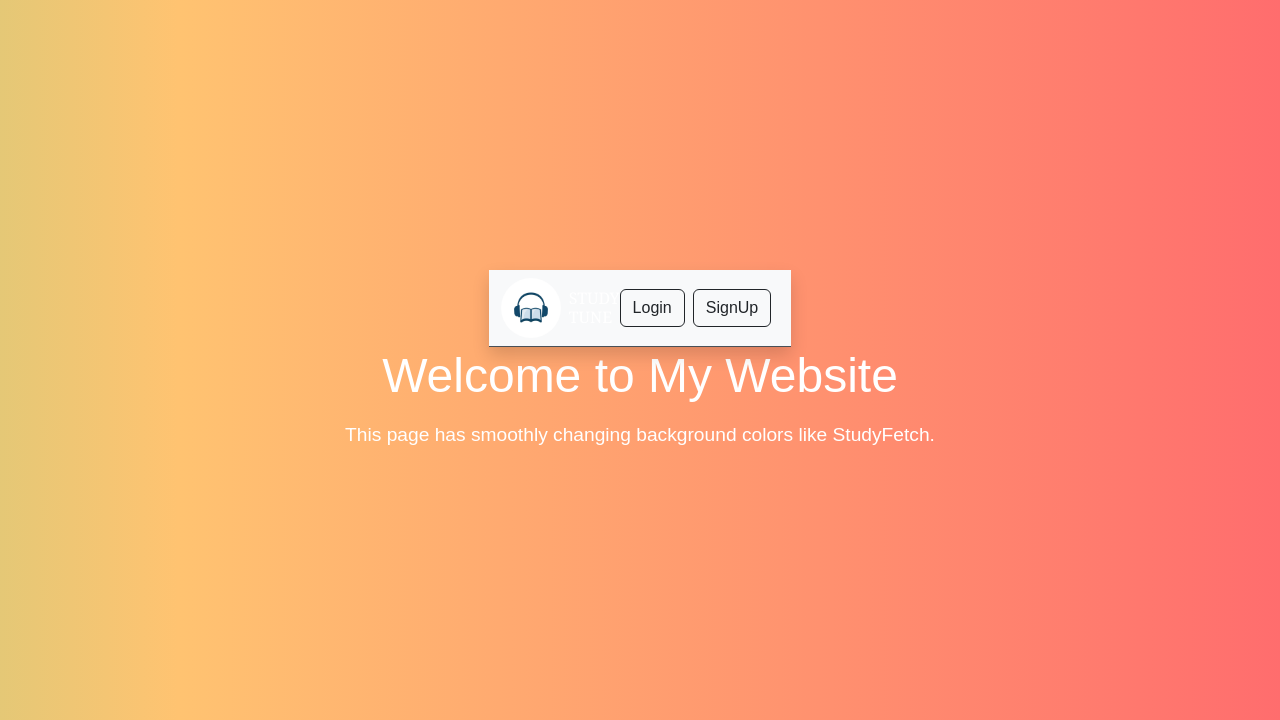
Repository: SpoorthiRaj1908/StudyTune
Page: / (app in frontend/)
These files come from the project's save history. The page is drawn as it stood at one moment and after the next save; the edit follows.
The browser window is 1280 px wide. The pictures show the whole page.
Some web libraries are served in a nearby version. The project was rebuilt for these pictures with package versions that can differ from the ones it lists, and the page was loaded fresh each time. Also part of the build but not shown: frontend/vite.config.js.

Above is the page before, as saved 2025-10-13 16:27:16.

After the next save:
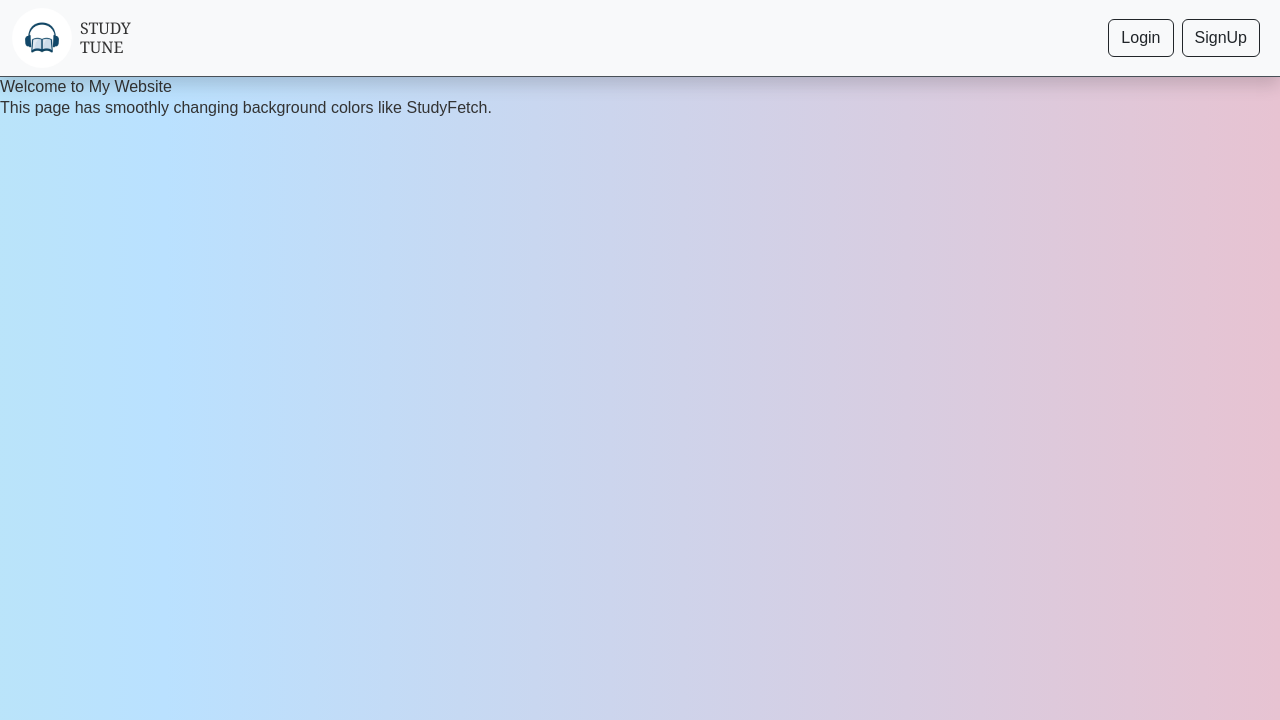
Saved 51 s later.
--- a/frontend/src/index.css
+++ b/frontend/src/index.css
@@ -1,4 +1,4 @@
-/* Full-page animated gradient background */
+/* Reset */
 body, html {
   margin: 0;
   padding: 0;
@@ -6,33 +6,70 @@
   font-family: sans-serif;
 }
 
+/* Full-page animated gradient background */
 .animated-gradient {
-  position: relative;
   min-height: 100vh;
   width: 100%;
-  background: linear-gradient(270deg, #ff5f6d, #ffc371, #42e695, #3bb2b8, #ff5f6d);
+  background: linear-gradient(270deg, #ffb3ba, #bae1ff, #baffc9, #ffffba);
   background-size: 400% 400%;
-  animation: gradientBG 15s ease infinite;
+  animation: gradientBG 20s ease infinite;
   display: flex;
   flex-direction: column;
-  align-items: center;
-  justify-content: center;
-  color: #fff;
-  transition: background 0.5s;
+  color: #333;
 }
 
+/* Gradient animation */
 @keyframes gradientBG {
   0% { background-position: 0% 50%; }
   50% { background-position: 100% 50%; }
   100% { background-position: 0% 50%; }
 }
 
-/* Example content styling */
-h1 {
+/* Sticky navbar */
+.navbar-gradient {
+  position: sticky;
+  top: 0;
+  width: 100%;
+  display: flex;
+  justify-content: space-between;
+  align-items: center;
+  padding: 1rem 2rem;
+  background: rgba(255,255,255,0.6); /* light transparent background */
+  backdrop-filter: blur(10px); /* soft blur for elegance */
+  z-index: 100;
+  border-bottom: 1px solid rgba(255,255,255,0.4);
+}
+
+/* Navbar links/buttons */
+.navbar-gradient a,
+.navbar-gradient button {
+  color: #333;
+  text-decoration: none;
+  margin-left: 1rem;
+  background: rgba(255,255,255,0.4);
+  border: none;
+  padding: 0.5rem 1rem;
+  border-radius: 8px;
+  cursor: pointer;
+  transition: background 0.3s;
+}
+
+.navbar-gradient a:hover,
+.navbar-gradient button:hover {
+  background: rgba(255,255,255,0.6);
+}
+
+/* Page content */
+.page-content {
+  padding: 4rem 2rem 2rem;
+  text-align: center;
+}
+
+.page-content h1 {
   font-size: 3rem;
   margin-bottom: 1rem;
 }
 
-p {
+.page-content p {
   font-size: 1.2rem;
 }
